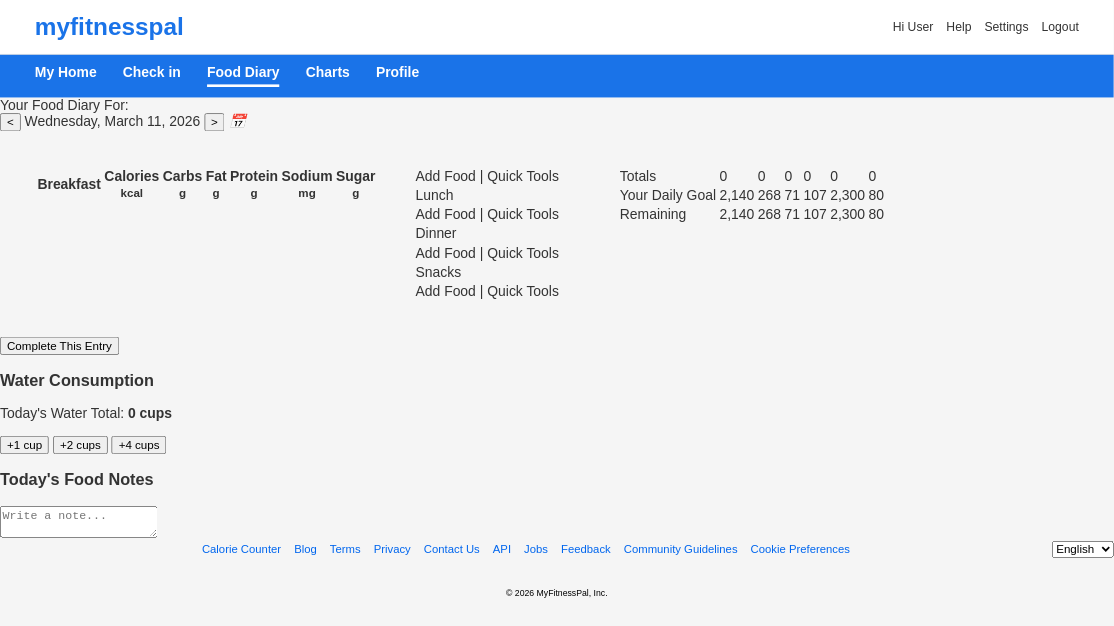
Repository: kem85/Web-Project
Page: Food-Diary.html
An editor plug-in stored every save of this project. The page is shown before and after the next save, followed by the edit.
The browser window is 1280 px wide. The pictures show the whole page, at 87% of full size.

Above is the page before, as saved 2026-03-11 14:58:35.

After the next save:
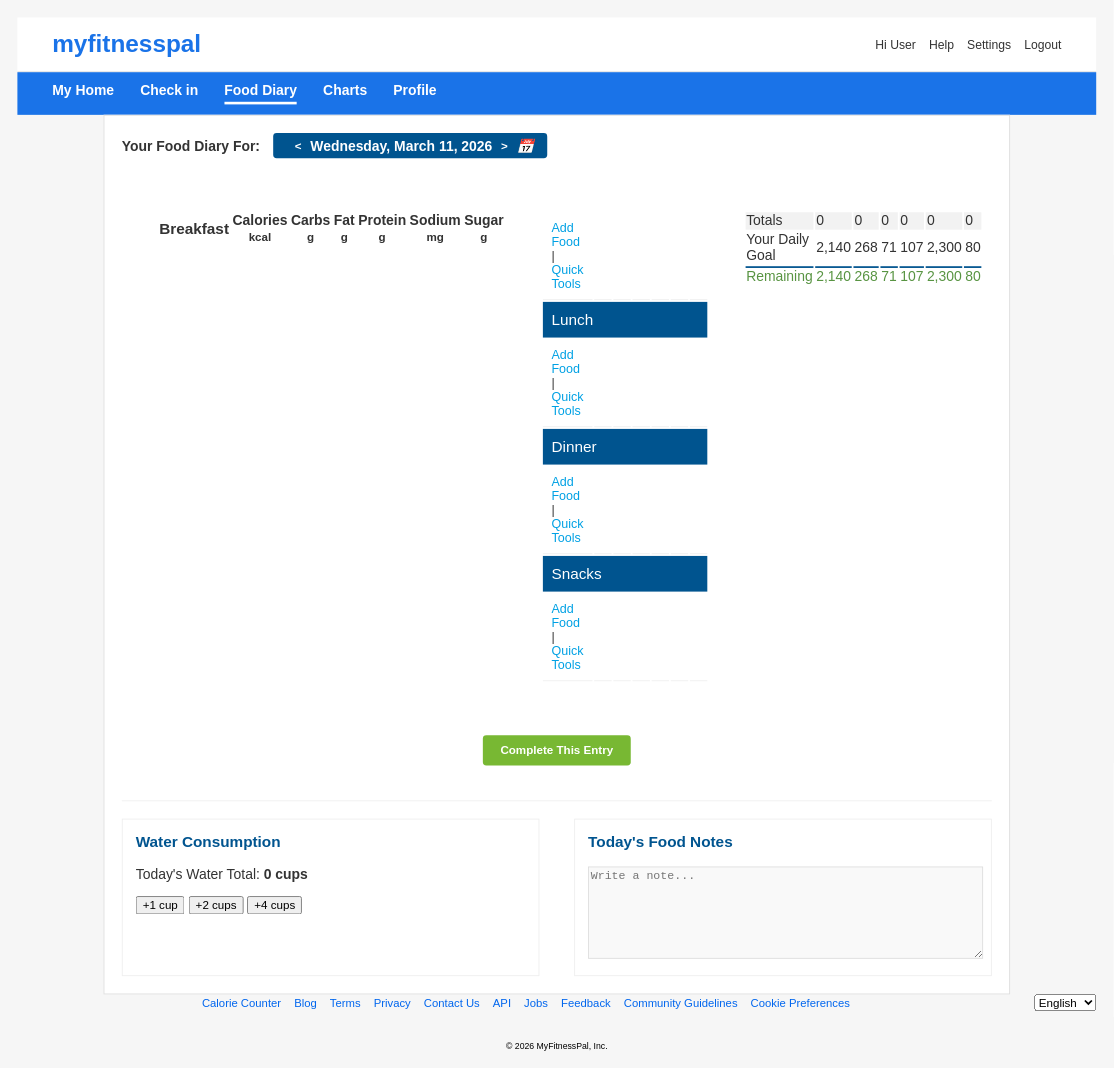
Saved 28 s later.
--- a/style.css
+++ b/style.css
@@ -14,6 +14,148 @@
 color:inherit;
 }
 
+/* GLOBAL STYLES */
+body {
+    font-family: Arial, Helvetica, sans-serif;
+    background-color: #f6f6f6;
+    color: #333;
+    margin: 0;
+    padding: 20px;
+}
+
+.diary-container {
+    max-width: 1000px;
+    margin: 0 auto;
+    background: #fff;
+    padding: 20px;
+    border: 1px solid #ddd;
+}
+
+/* DIARY HEADER (Date Picker) */
+.diary-header {
+    display: flex;
+    align-items: center;
+    gap: 15px;
+    margin-bottom: 20px;
+    font-weight: bold;
+}
+
+.date-controls {
+    display: flex;
+    align-items: center;
+    background: #00548f;
+    color: white;
+    padding: 5px 15px;
+    border-radius: 4px;
+}
+
+.date-controls button {
+    background: none;
+    border: none;
+    color: white;
+    font-weight: bold;
+    cursor: pointer;
+    padding: 0 10px;
+}
+
+/* FOOD TABLE */
+.food-table {
+    width: 100%;
+    border-collapse: collapse;
+    margin-bottom: 20px;
+}
+
+/* Header & Section Bars */
+.food-table thead th,
+.section-header td {
+    background-color: #00548f;
+    color: white;
+    padding: 10px;
+    text-align: center;
+    font-size: 0.85rem;
+}
+
+.meal-col, .section-header td {
+    text-align: left;
+    font-size: 1.1rem;
+    width: 40%;
+}
+
+/* Action Rows (Add Food | Quick Tools) */
+.action-row td {
+    padding: 10px;
+    border-bottom: 1px solid #eee;
+    font-size: 0.9rem;
+}
+
+.action-row a {
+    color: #00a1e4;
+    text-decoration: none;
+}
+
+/* FOOTER / TOTALS */
+.food-table tfoot tr td {
+    padding: 8px;
+    text-align: center;
+    border-bottom: 1px dotted #ccc;
+    font-weight: bold;
+}
+
+.food-table tfoot .label {
+    text-align: right;
+    padding-right: 20px;
+}
+
+.totals-row { background: #f2f2f2; }
+
+.remaining-row td {
+    border-top: 2px solid #00548f;
+    color: #589442; /* The MFP Green */
+}
+
+/* BUTTONS */
+.btn-complete {
+    background-color: #78b833;
+    color: white;
+    border: none;
+    padding: 10px 20px;
+    border-radius: 4px;
+    font-weight: bold;
+    cursor: pointer;
+    display: block;
+    margin: 20px auto;
+}
+
+/* BOTTOM WIDGETS */
+.diary-widgets {
+    display: grid;
+    grid-template-columns: 1fr 1fr;
+    gap: 40px;
+    margin-top: 40px;
+    border-top: 1px solid #eee;
+    padding-top: 20px;
+}
+
+.water-consumption, .food-notes {
+    border: 1px solid #eee;
+    padding: 15px;
+}
+
+.water-consumption h3, .food-notes h3 {
+    margin-top: 0;
+    color: #00548f;
+    font-size: 1.1rem;
+}
+
+textarea {
+    width: 100%;
+    height: 100px;
+    border: 1px solid #ddd;
+    background-color: #f9f9f9;
+}
+
+/* UTILITY */
+.positive { color: #589442; }
 
 /* =======================
    HEADER

After the save that followed:
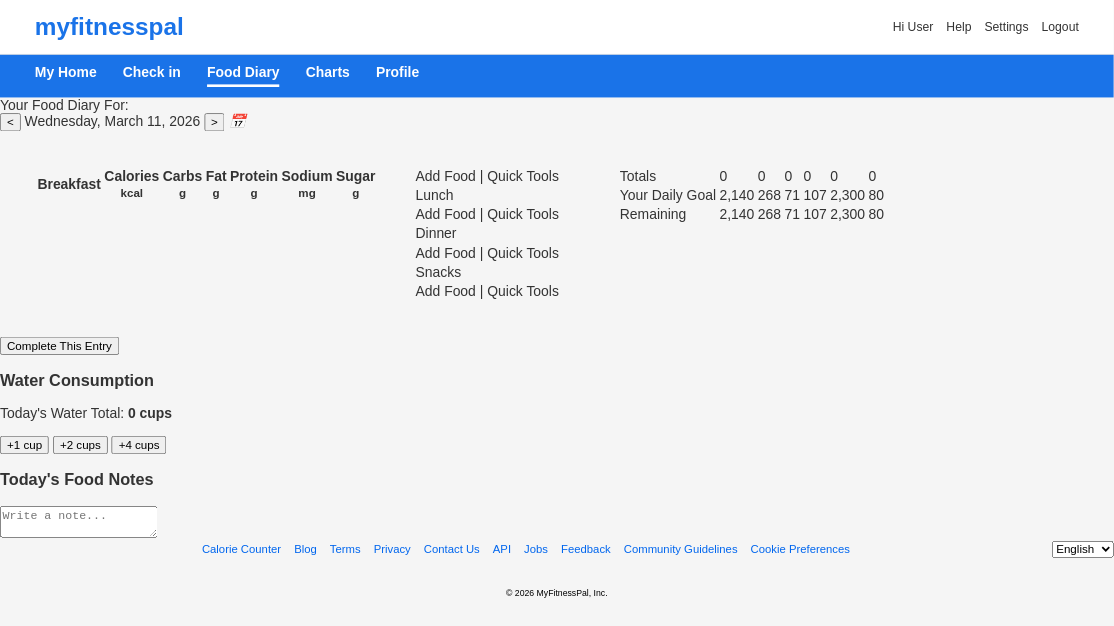
Saved 28 s later.
--- a/style.css
+++ b/style.css
@@ -14,148 +14,7 @@
 color:inherit;
 }
 
-/* GLOBAL STYLES */
-body {
-    font-family: Arial, Helvetica, sans-serif;
-    background-color: #f6f6f6;
-    color: #333;
-    margin: 0;
-    padding: 20px;
-}
 
-.diary-container {
-    max-width: 1000px;
-    margin: 0 auto;
-    background: #fff;
-    padding: 20px;
-    border: 1px solid #ddd;
-}
-
-/* DIARY HEADER (Date Picker) */
-.diary-header {
-    display: flex;
-    align-items: center;
-    gap: 15px;
-    margin-bottom: 20px;
-    font-weight: bold;
-}
-
-.date-controls {
-    display: flex;
-    align-items: center;
-    background: #00548f;
-    color: white;
-    padding: 5px 15px;
-    border-radius: 4px;
-}
-
-.date-controls button {
-    background: none;
-    border: none;
-    color: white;
-    font-weight: bold;
-    cursor: pointer;
-    padding: 0 10px;
-}
-
-/* FOOD TABLE */
-.food-table {
-    width: 100%;
-    border-collapse: collapse;
-    margin-bottom: 20px;
-}
-
-/* Header & Section Bars */
-.food-table thead th,
-.section-header td {
-    background-color: #00548f;
-    color: white;
-    padding: 10px;
-    text-align: center;
-    font-size: 0.85rem;
-}
-
-.meal-col, .section-header td {
-    text-align: left;
-    font-size: 1.1rem;
-    width: 40%;
-}
-
-/* Action Rows (Add Food | Quick Tools) */
-.action-row td {
-    padding: 10px;
-    border-bottom: 1px solid #eee;
-    font-size: 0.9rem;
-}
-
-.action-row a {
-    color: #00a1e4;
-    text-decoration: none;
-}
-
-/* FOOTER / TOTALS */
-.food-table tfoot tr td {
-    padding: 8px;
-    text-align: center;
-    border-bottom: 1px dotted #ccc;
-    font-weight: bold;
-}
-
-.food-table tfoot .label {
-    text-align: right;
-    padding-right: 20px;
-}
-
-.totals-row { background: #f2f2f2; }
-
-.remaining-row td {
-    border-top: 2px solid #00548f;
-    color: #589442; /* The MFP Green */
-}
-
-/* BUTTONS */
-.btn-complete {
-    background-color: #78b833;
-    color: white;
-    border: none;
-    padding: 10px 20px;
-    border-radius: 4px;
-    font-weight: bold;
-    cursor: pointer;
-    display: block;
-    margin: 20px auto;
-}
-
-/* BOTTOM WIDGETS */
-.diary-widgets {
-    display: grid;
-    grid-template-columns: 1fr 1fr;
-    gap: 40px;
-    margin-top: 40px;
-    border-top: 1px solid #eee;
-    padding-top: 20px;
-}
-
-.water-consumption, .food-notes {
-    border: 1px solid #eee;
-    padding: 15px;
-}
-
-.water-consumption h3, .food-notes h3 {
-    margin-top: 0;
-    color: #00548f;
-    font-size: 1.1rem;
-}
-
-textarea {
-    width: 100%;
-    height: 100px;
-    border: 1px solid #ddd;
-    background-color: #f9f9f9;
-}
-
-/* UTILITY */
-.positive { color: #589442; }
 
 /* =======================
    HEADER
